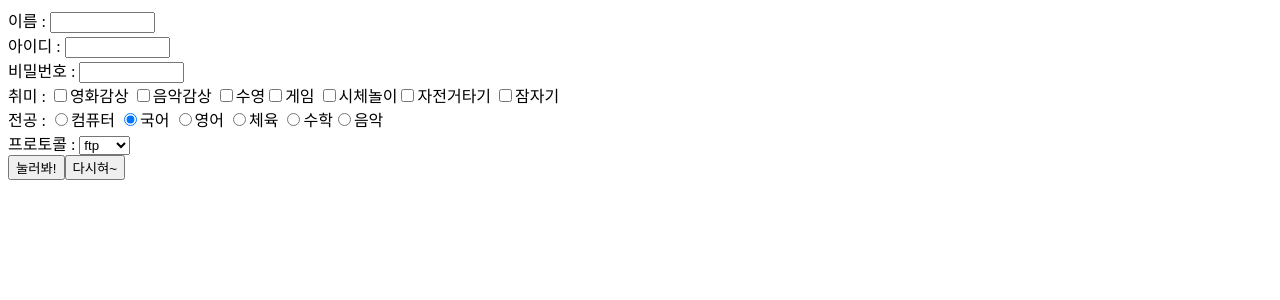
Repository: hyun5292/school
Page: JSP2-2/PSH_1102/PSH_1102/WebContent/form.html
The author's editor kept a copy of each file at every save. The page is drawn from the files as they stood at one save, then again after the next save.
The browser window is 1280 px wide. The pictures show the whole page.

Above is the page before, as saved 2018-11-02 06:18:44.

After the next save:
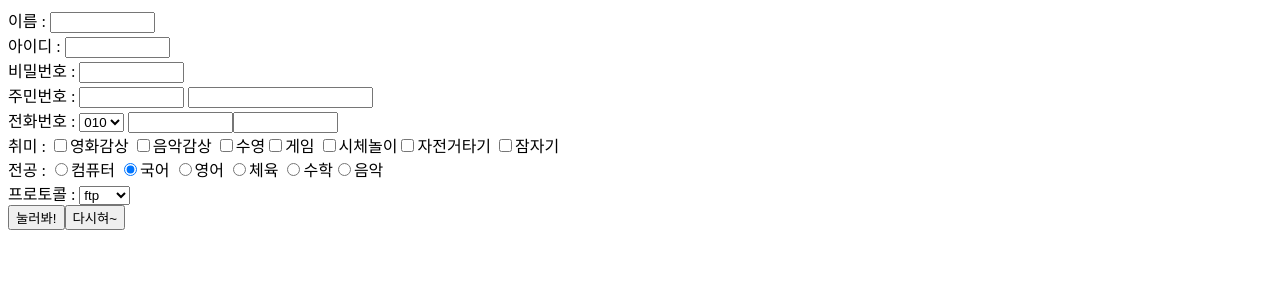
Saved 27 s later.
--- a/JSP2-2/PSH_1102/PSH_1102/WebContent/form.html
+++ b/JSP2-2/PSH_1102/PSH_1102/WebContent/form.html
@@ -6,27 +6,31 @@
 </head>
 <body>
 <form action="requestparam.jsp" method="post">
-		이름 : <input type="text" name="name" size="10"><br />
-		아이디 : <input
-			type="text" name="id" size="10"><br />
-			비밀번호 : <input
-			type="password" name="pw" size="10"><br />
-			취미 : <input
+		이름 : <input type="text" name="name" size="10"><br /> 아이디 : <input
+			type="text" name="id" size="10"><br /> 비밀번호 : <input
+			type="password" name="pw" size="10"><br />주민번호 : <input
+			type="text" name="birth" size="10"> <input type="password"
+			name="regnumber"><br />전화번호 : <select name="tel1">
+			<option value="010">010</option>
+				<option value="011">011</option>
+				<option value="070">070</option>
+				<option value="02">02</option>
+				</select> <input type="text" name="tel2" size="10"><input
+			type="text" name="tel3" size="10"><br /> 취미 : <input
 			type="checkbox" name="hobby" value="movie">영화감상 <input
 			type="checkbox" name="hobby" value="music">음악감상 <input
 			type="checkbox" name="hobby" value="swim">수영<input
 			type="checkbox" name="hobby" value="game">게임 <input
 			type="checkbox" name="hobby" value="zombie">시체놀이<input
 			type="checkbox" name="hobby" value="bicycle">자전거타기 <input
-			type="checkbox" name="hobby" value="sleep">잠자기<br />
-			전공 : <input
+			type="checkbox" name="hobby" value="sleep">잠자기<br /> 전공 : <input
 			type="radio" name="major" size="10">컴퓨터 <input type="radio"
 			name="major" size="10" value="kor" checked="checked">국어 <input
 			type="radio" name="major" size="10" value="eng">영어 <input
 			type="radio" name="major" size="10" value="phy">체육 <input
 			type="radio" name="major" size="10" value="math">수학<input
 			type="radio" name="major" size="10" value="mus">음악<br />
-			프로토콜 : <select name="protocol">
+		프로토콜 : <select name="protocol">
 			<option value="http">http</option>
 			<option value="ftp" selected="selected">ftp</option>
 			<option value="smtp">smtp</option>
